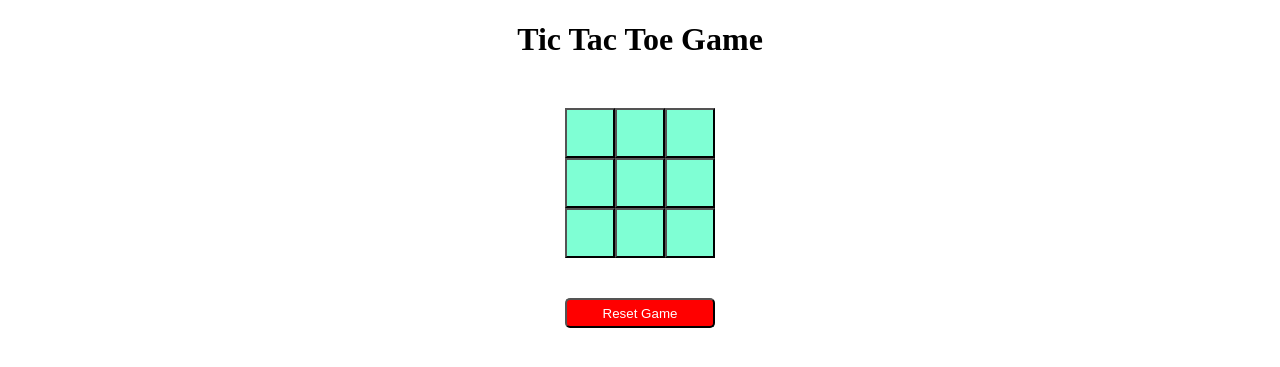
Repository: Wahid137/tic-tac-toe-game
Page: /
These files come from the project's save history. The page is drawn as it stood at one moment and after the next save; the edit follows.
The browser window is 1280 px wide. The pictures show the whole page.
The project was rebuilt for these pictures with package versions that can differ from the ones it lists, and the page was loaded fresh each time. Also part of the build but not shown: vite.config.js, src/index.css.

Above is the page before, as saved 2023-09-18 01:49:12.

After the next save:
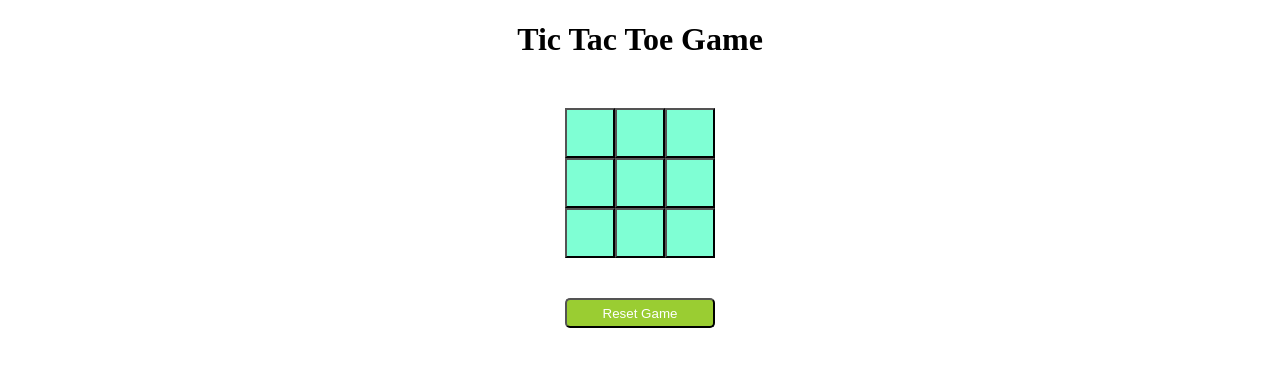
Saved 43 s later.
--- a/src/App.css
+++ b/src/App.css
@@ -24,7 +24,7 @@ h1{
   width: 150px;
   height: 30px;
   border-radius: 5px;
-  background-color: red;
+  background-color: yellowgreen;
   color: white;
 }
 
